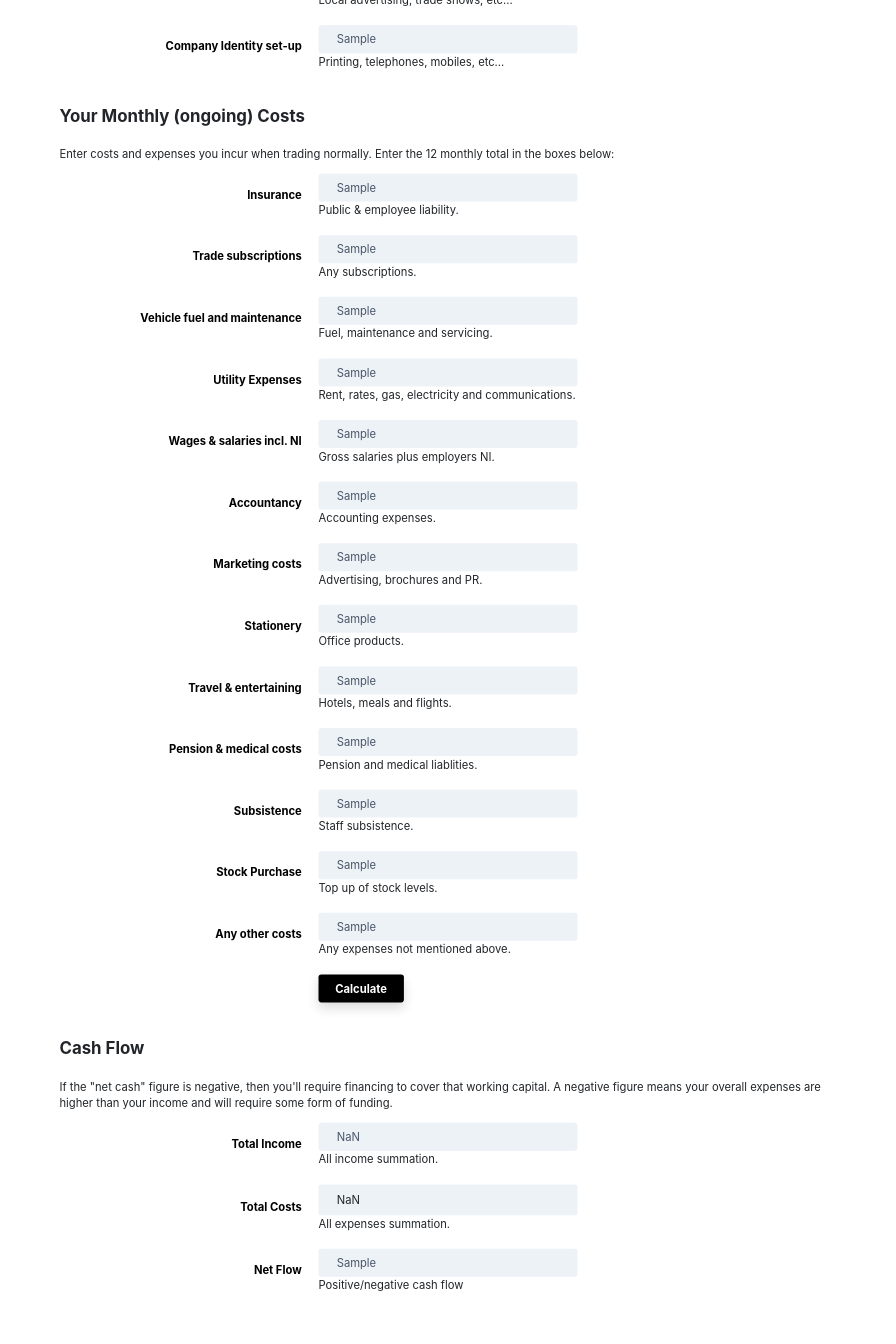
Repository: latenightsnacc/Financial-Forecast
Page: financial-forecast.html
These files come from the project's save history. The page is drawn as it stood at one moment and after the next save; the edit follows.
The browser window is 1280 px wide. The pictures show the part of the page from y = 1050 to 2970 px (the page is 2970 px tall before and 2946 px after), at 70% of full size.
Empty fields were first filled with sample values (such as "Sample", 5 or name@example.com).
After loading, the first visible `#calculate` was clicked once.

Above is the page before, as saved 2020-11-23 10:50:41.

After the next save:
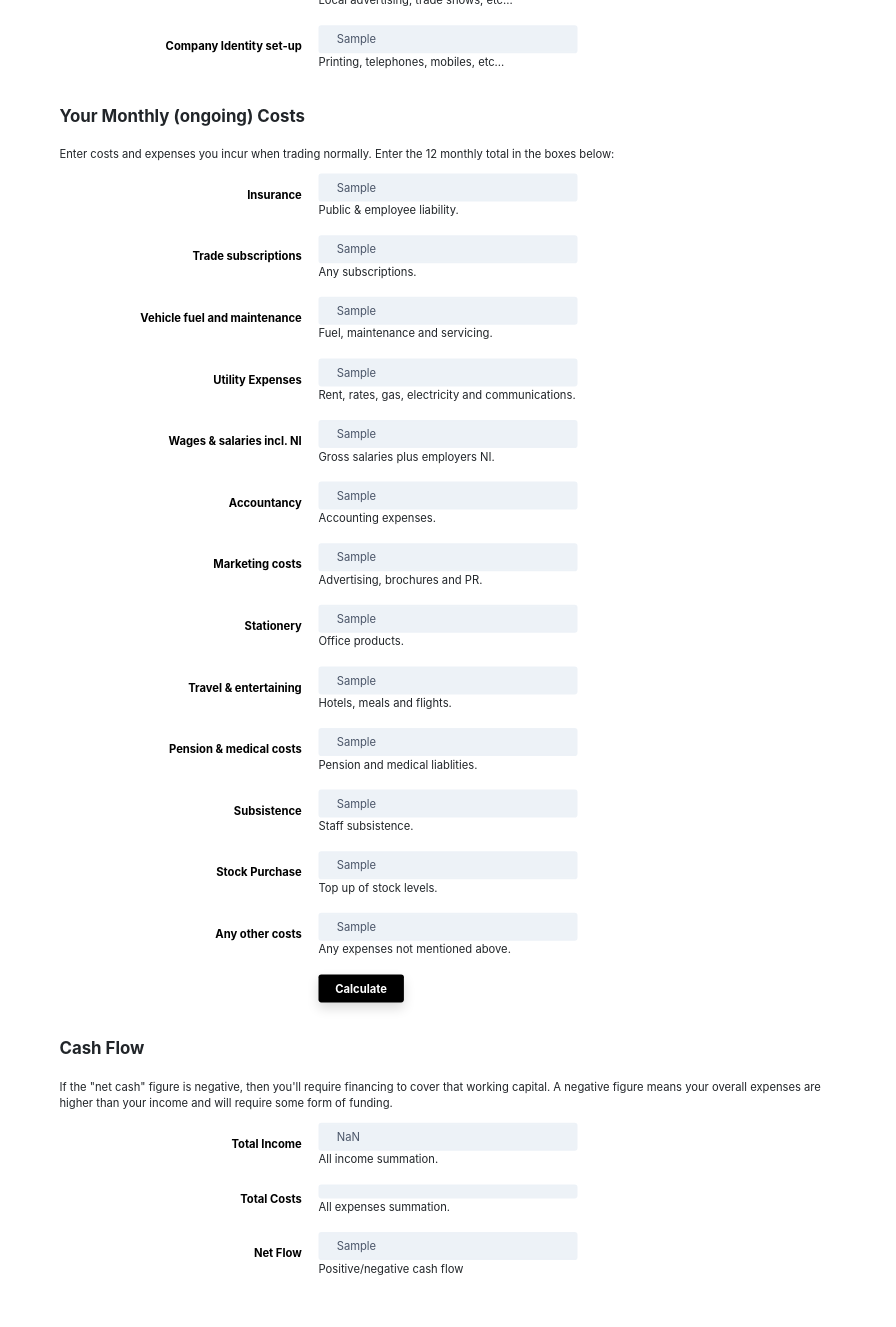
Saved 48 s later.
--- a/main.js
+++ b/main.js
@@ -61,8 +61,8 @@ calculate.addEventListener('click', function(){
     let b = checkValue(otherIncome);
     totalIncome.textContent = sum(a,b);
 
-
-    totalCosts.textContent = costs.reduce(sumAll, initialValue);
+    alert(costs);
+    // totalCosts.textContent = costs.reduce(sumAll, initialValue);
 
     netFlow.textContent = netValue(totalIncome,totalCosts);
 });
